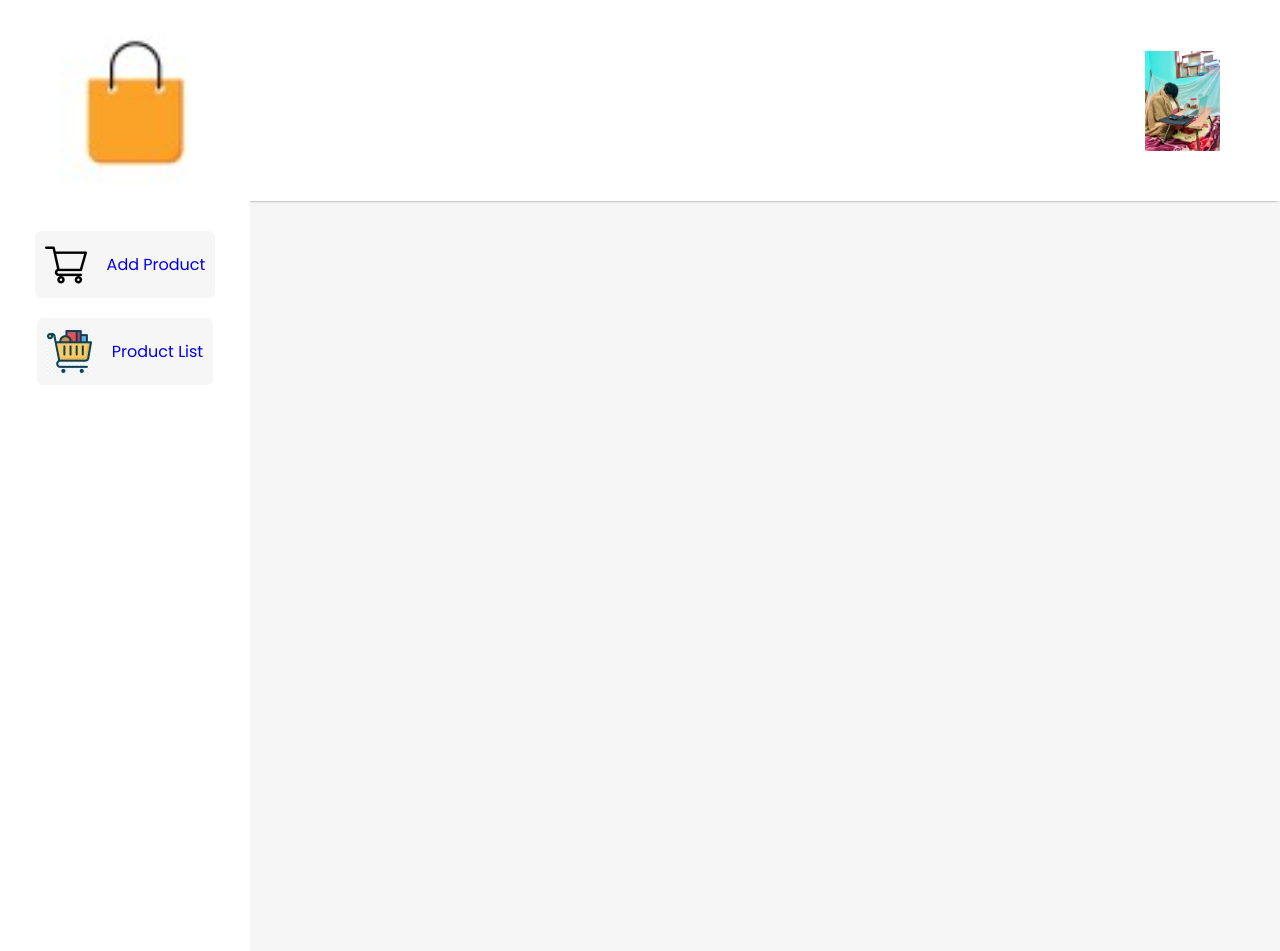
Repository: ititiu20201/Shopping-Online
Page: /listproduct (app in admin/)
The author's editor kept a copy of each file at every save. The page is drawn from the files as they stood at one save, then again after the next save.
The browser window is 1280 px wide. The pictures show the whole page.
The project was rebuilt for these pictures with package versions that can differ from the ones it lists, and the page was loaded fresh each time. Also part of the build but not shown: Admin/vite.config.js, admin/src/Pages/Admin/Admin.css.

Above is the page before, as saved 2024-06-18 18:31:05.

### admin/index.html
<!DOCTYPE html>
<html lang="en">
  <head>
    <meta charset="UTF-8" />
    <link rel="icon" type="image/svg+xml" href="/vite.svg" />
    <link rel="preconnect" href="https://fonts.googleapis.com" />
    <link rel="preconnect" href="https://fonts.gstatic.com" crossorigin />
    <link
      href="https://fonts.googleapis.com/css2?family=Poppins&display=swap"
      rel="stylesheet"
    />
    <meta name="viewport" content="width=device-width, initial-scale=1.0" />
    <title>Admin Panel</title>
  </head>
  <body>
    <div id="root"></div>
    <script type="module" src="/src/main.jsx"></script>
  </body>
</html>

### admin/src/App.jsx
// import { useState } from 'react'
// import reactLogo from './assets/react.svg'
// import viteLogo from '/vite.svg'
// import './App.css'
//import React from 'react'
import Navbar from "./Components/Navbar/Navbar";
import Admin from "./Pages/Admin/Admin";

const App = () => {
  return (
    <div>
      <Navbar />
      <Admin />
    </div>
  );
};
export default App;

### admin/src/index.css
body {
  margin: 0;
  font-family: "Poppins";
  background-color: #f6f6f6;
  height: 100vh;
}

### admin/src/Components/Navbar/Navbar.jsx
import "./Navbar.css";
import navlogo from "../../assets/Screenshot 2024-06-18 at 18.22.25.jpg";
import navProfile from "../../assets/Huy ngu.jpg";

const Navbar = () => {
  return (
    <div className="navbar">
      <img src={navlogo} alt="" className="nav-logo" />
      <img src={navProfile} alt="" className="nav-profile" />
    </div>
  );
};
export default Navbar;

### admin/src/Pages/Admin/Admin.jsx
import "./Admin.css";
import Sidebar from "../../Components/Sidebar/Sidebar";

const Admin = () => {
  return (
    <div className="admin">
      <Sidebar />
    </div>
  );
};
export default Admin;

### admin/src/Components/Navbar/Navbar.css
.navbar {
  display: flex;
  align-items: center;
  justify-content: space-between;
  padding: 15px 60px;
  box-shadow: 0 1px 3px -2px #000;
  background: white;
}
.nav-logo {
  width: 150px;
}
.nav-profile {
  width: 75px;
}
@media (max-width: 800px) {
  .navbar {
    padding: 15px 30px;
  }
  .nav-logo {
    width: 150px;
  }
  .nav-profile {
    width: 60px;
  }
}

### admin/src/Components/Sidebar/Sidebar.jsx
import "./Sidebar.css";
import { Link } from "react-router-dom";
import add_Product_icon from "../../assets/cart_icon.png";
import list_product_icon from "../../assets/png-clipart-computer-icons-online-shopping-shopping-cart-service-shopping-cart-icon-text-service-thumbnail (2).jpg";

const Sidebar = () => {
  return (
    <div className="sidebar">
      <Link to={"/addproduct"} style={{ textDecoration: "none" }}>
        <div className="sidebar-item">
          <img src={add_Product_icon} alt="" />
          <p>Add Product</p>
        </div>
      </Link>
      <Link to={"/listproduct"} style={{ textDecoration: "none" }}>
        <div className="sidebar-item">
          <img src={list_product_icon} alt="" />
          <p>Product List</p>
        </div>
      </Link>
    </div>
  );
};
export default Sidebar;

### admin/src/Components/Sidebar/Sidebar.css
.sidebar {
  display: flex;
  flex-direction: column;
  padding-top: 30px;
  gap: 20px;
  width: 100%;
  max-width: 250px;
  height: 100vh;
  background: white;
}
.sidebar-item {
  display: flex;
  align-items: center;
  justify-self: center;
  margin: 0px 20px;
  padding: 5px 10px;
  border-radius: 6px;
  background: #f6f6f6;
  gap: 20px;
  cursor: pointer;
}
@media (max-width: 800px) {
  .sidebar {
    padding: 30px 0px;
    flex-direction: row;
    width: 100%;
    max-width: none;
    height: auto;
    justify-content: center;
  }
}

Loaded but not shown: admin/src/main.jsx (common file)

After the next save:
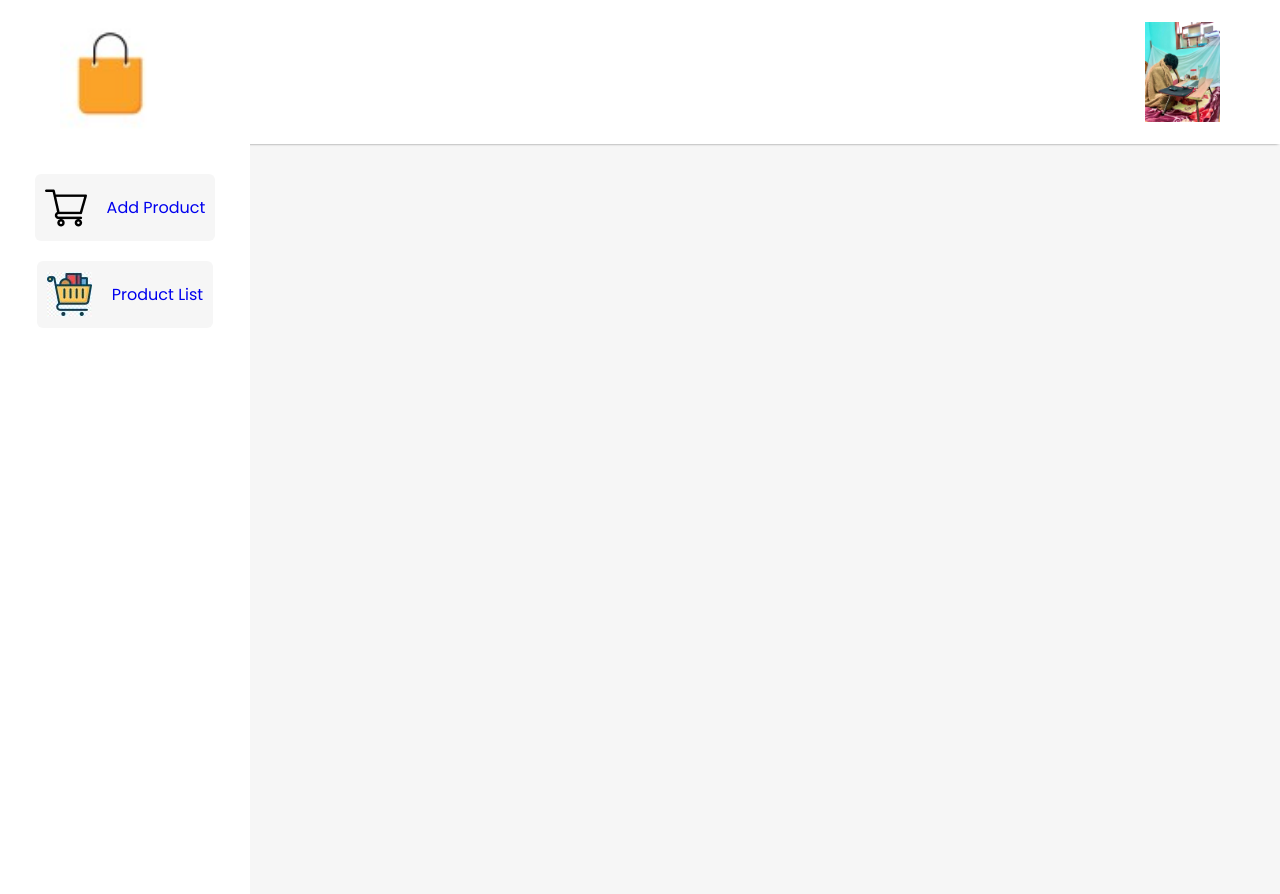
Saved 20 s later.
--- a/admin/src/Components/Navbar/Navbar.css
+++ b/admin/src/Components/Navbar/Navbar.css
@@ -7,7 +7,7 @@
   background: white;
 }
 .nav-logo {
-  width: 150px;
+  width: 100px;
 }
 .nav-profile {
   width: 75px;
